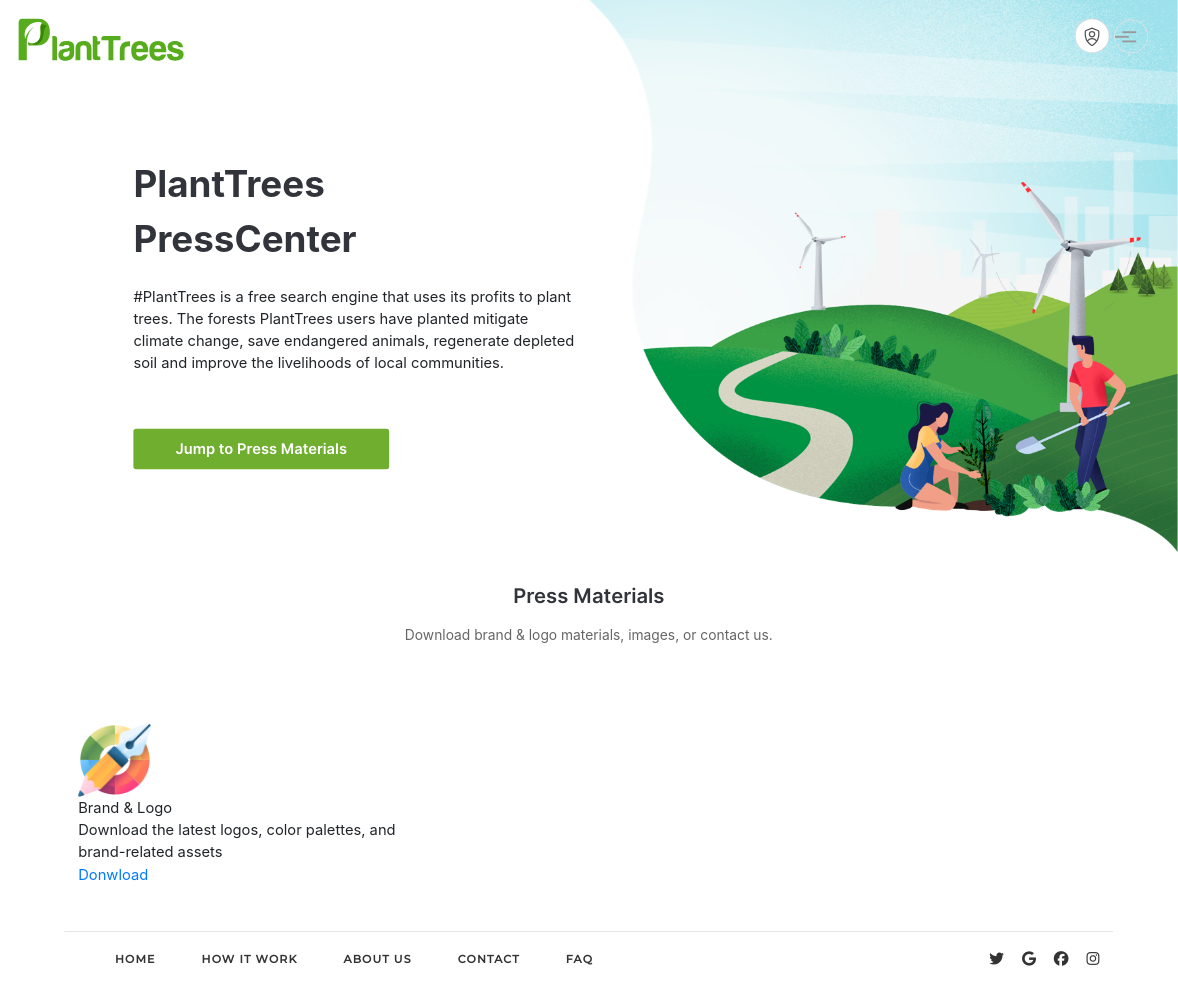
Repository: caothaito/b6g6
Page: bogo/privacy.html
These files come from the project's save history. The page is drawn as it stood at one moment and after the next save; the edit follows.
The browser window is 1280 px wide. The pictures show the whole page, at 92% of full size.
Some web libraries are served in a nearby version. The style sheet was rebuilt from its Sass, Less or Tailwind sources for each picture, by a compiler version that may differ from the author's.

Above is the page before, as saved 2020-09-11 10:30:18.

After the next save:
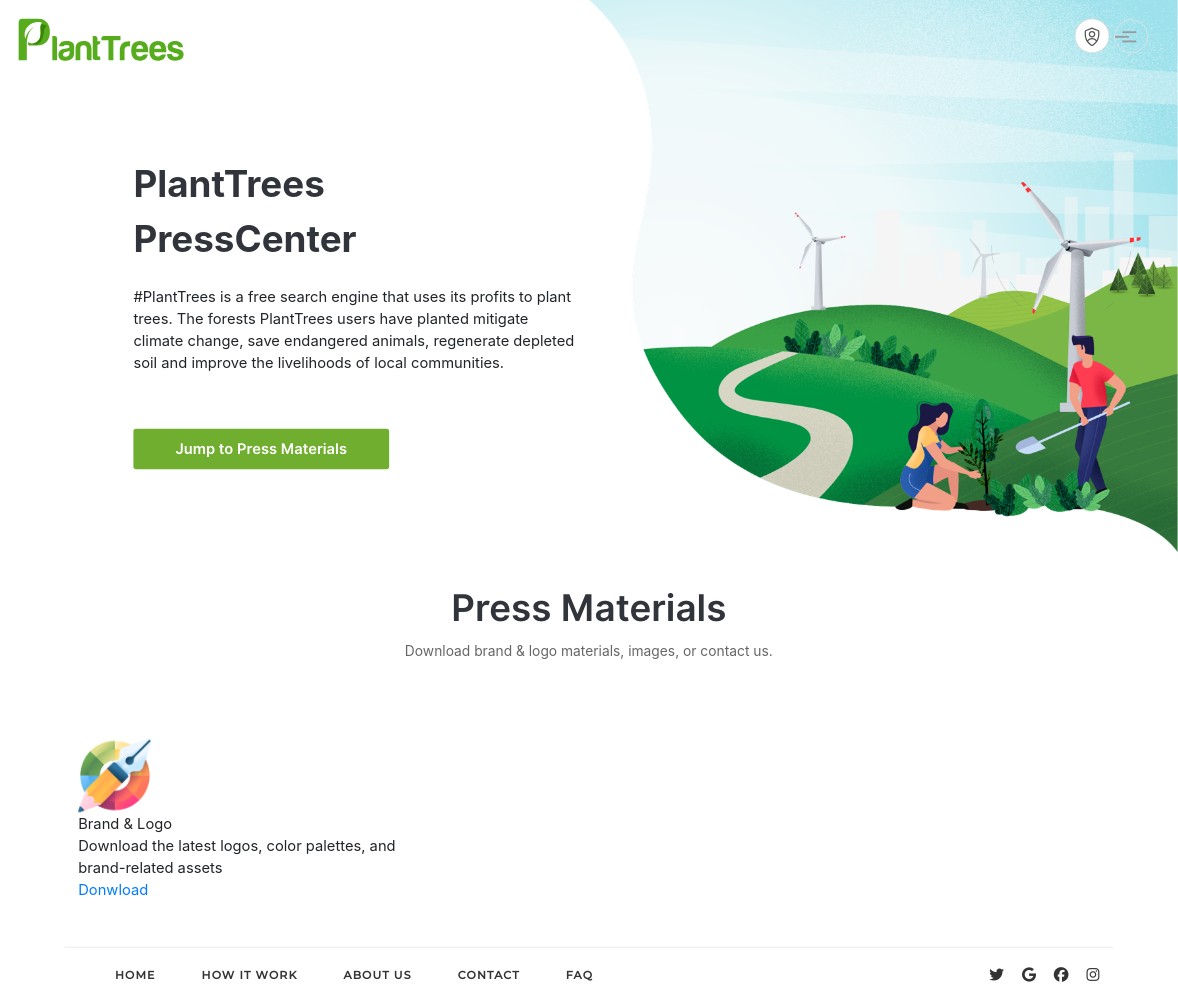
Saved 70 s later.
--- a/bogo/assets/css/media.scss
+++ b/bogo/assets/css/media.scss
@@ -91,10 +91,10 @@
 .plant-trees-pressMaterials{
     .plant-pressMaterials-title{
         color: #31343a;
-        margin-bottom: 15px;
+        padding: 0 12px 5px;
         font-weight: 700;
-        font-size: 22px;
-        font-size: 1.375rem;
+        font-size: 40px;
+        font-size: 2.5rem;
         font-family: Inter;
     }
     .plant-pressMaterials-desc{
